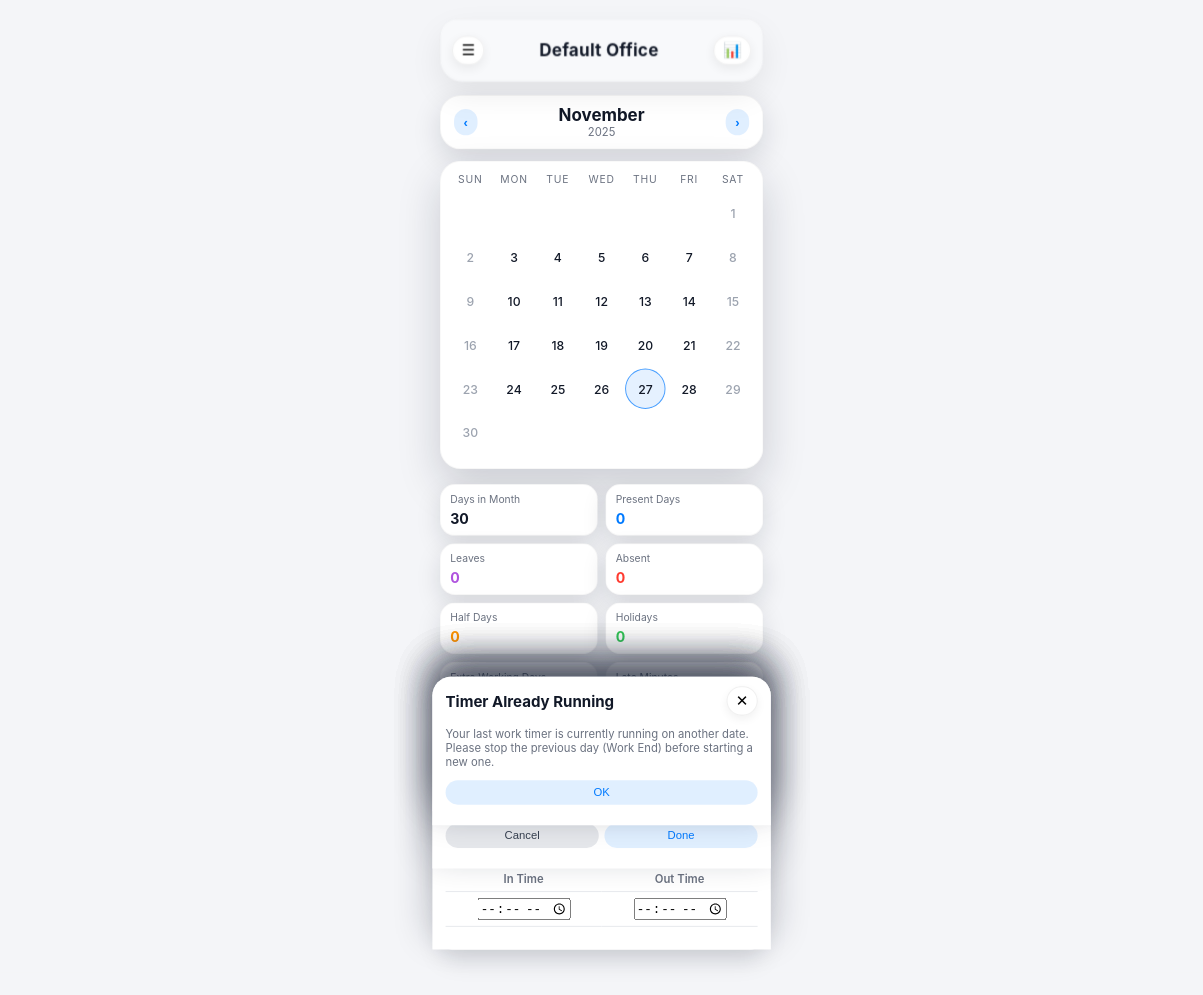
Repository: manjituidesigner/new-calendar
Page: index.html
The author's editor kept a copy of each file at every save. The page is drawn from the files as they stood at one save, then again after the next save.
The browser window is 1280 px wide. The pictures show the whole page, at 94% of full size.

Above is the page before, as saved 2025-11-28 11:23:18.

### index.html
<!DOCTYPE html>
<html lang="en">
  <head>
    <meta charset="UTF-8" />
    <meta
      name="viewport"
      content="width=device-width, initial-scale=1.0, maximum-scale=1.0"
    />
    <title>Mobile Work Calendar</title>
    <link rel="stylesheet" href="style.css" />
  </head>
  <body>
    <!-- Overlay for drawer and modal -->
    <div class="overlay" id="overlay"></div>

    <!-- Side Drawer -->
    <aside class="drawer" id="drawer">
      <header class="drawer-header">
        <h2>Menu</h2>
        <button class="icon-btn" id="drawerCloseBtn">✕</button>
      </header>

      <nav class="drawer-tabs">
        <button class="drawer-tab active" data-tab="office">Office</button>
        <button class="drawer-tab" data-tab="expenses">Expenses</button>
        <button class="drawer-tab" data-tab="notes">Notes</button>
        <button class="drawer-tab" data-tab="calculator">Calculator</button>
      </nav>

      <section class="drawer-content">
        <!-- Office tab -->
        <div class="drawer-panel active" id="officeTab">
          <h3 class="drawer-title">Calendars</h3>

          <div class="calendar-list" id="calendarList"></div>

          <button class="primary-btn full-width" id="createCalendarToggle">
            + Create New Calendar
          </button>

          <form class="calendar-form" id="calendarForm">
            <div class="field">
              <label>Calendar Name</label>
              <input
                type="text"
                id="calendarName"
                placeholder="e.g. Office Work"
              />
            </div>
            <div class="field">
              <label>Description</label>
              <textarea
                id="calendarDescription"
                rows="2"
                placeholder="Short description"
              ></textarea>
            </div>
            <div class="field-row">
              <div class="field">
                <label>Salary Monthly</label>
                <input
                  type="number"
                  id="salaryMonthly"
                  placeholder="₹ / month"
                  min="0"
                />
              </div>
              <div class="field">
                <label>Salary Hourly</label>
                <input
                  type="number"
                  id="salaryHourly"
                  placeholder="₹ / hour"
                  min="0"
                />
              </div>
            </div>
            <div class="field">
              <label>Working Days / Week</label>
              <select id="workingDaysPerWeek">
                <option value="5">5 days (Mon-Fri)</option>
                <option value="6" selected>6 days (Mon-Sat)</option>
              </select>
            </div>

            <div class="field-row">
              <div class="field">
                <label>Office In Time</label>
                <input
                  type="time"
                  id="officeInTime"
                />
              </div>
              <div class="field">
                <label>Office Out Time</label>
                <input
                  type="time"
                  id="officeOutTime"
                />
              </div>
            </div>
            <div class="field">
              <label>Set PIN (optional)</label>
              <input
                type="password"
                id="calendarPin"
                placeholder="4-6 digit PIN"
                maxlength="6"
              />
            </div>
            <button type="submit" class="primary-btn full-width">
              Add
            </button>
          </form>

          <div class="backup-row">
            <button class="small-btn" id="backupExportBtn">Download Backup</button>
            <button class="small-btn" id="backupImportBtn">Restore Backup</button>
            <input type="file" id="backupFileInput" accept="application/json" style="display: none" />
          </div>
        </div>

        <!-- Placeholder tabs -->
        <div class="drawer-panel" id="expensesTab">
          <p class="placeholder-text">
            Expenses module coming soon.
          </p>
        </div>
        <div class="drawer-panel" id="notesTab">
          <p class="placeholder-text">
            Notes module coming soon.
          </p>
        </div>
        <div class="drawer-panel" id="calculatorTab">
          <p class="placeholder-text">
            Calculator module coming soon.
          </p>
        </div>
      </section>
    </aside>

    <!-- Main App Container -->
    <div class="app-shell">
      <!-- Top header -->
      <header class="app-header">
        <button class="icon-btn" id="menuBtn">☰</button>
        <h1 class="app-title">Office Calendar</h1>
        <button class="icon-btn" id="reportBtn">📊</button>
      </header>

      <!-- Month header -->
      <section class="month-header">
        <button class="nav-arrow" id="prevMonthBtn">‹</button>
        <div class="month-info">
          <span class="month-label" id="monthLabel"></span>
          <span class="year-label" id="yearLabel"></span>
        </div>
        <button class="nav-arrow" id="nextMonthBtn">›</button>
      </section>

      <!-- Calendar -->
      <section class="calendar-card">
        <div class="weekdays">
          <span>Sun</span>
          <span>Mon</span>
          <span>Tue</span>
          <span>Wed</span>
          <span>Thu</span>
          <span>Fri</span>
          <span>Sat</span>
        </div>
        <div class="days-grid" id="daysGrid"></div>
      </section>

      <!-- Live session bar (under calendar) -->
      <div class="session-bar hidden" id="sessionBar">
        <div class="session-bar-main">
          <div class="session-bar-top">
            <span class="session-status" id="sessionStatus">Working</span>
            <span class="session-productivity" id="sessionProductivity">0% productive</span>
          </div>
          <div class="session-bar-times">
            <span id="sessionStartTime">Start: --:--</span>
            <span id="sessionWorked">Worked: 0h 0m</span>
            <span id="sessionBreak">Break: 0m</span>
          </div>
        </div>
        <div class="session-bar-actions">
          <button class="chip orange" id="sessionBreakBtn">Break</button>
          <button class="chip green" id="sessionBackBtn" style="display: none;">Back to work</button>
          <button class="chip red" id="sessionEndBtn">End</button>
        </div>
      </div>

      <!-- Stats cards -->
      <section class="stats-section">
        <div class="stat-card">
          <span class="stat-label">Days in Month</span>
          <span class="stat-value" id="statDaysInMonth">0</span>
        </div>
        <div class="stat-card">
          <span class="stat-label">Present Days</span>
          <span class="stat-value blue" id="statPresent">0</span>
        </div>
        <div class="stat-card">
          <span class="stat-label">Leaves</span>
          <span class="stat-value purple" id="statLeave">0</span>
        </div>
        <div class="stat-card">
          <span class="stat-label">Absent</span>
          <span class="stat-value red" id="statAbsent">0</span>
        </div>
        <div class="stat-card">
          <span class="stat-label">Half Days</span>
          <span class="stat-value orange" id="statHalfDay">0</span>
        </div>
        <div class="stat-card">
          <span class="stat-label">Holidays</span>
          <span class="stat-value green" id="statHoliday">0</span>
        </div>
        <div class="stat-card">
          <span class="stat-label">Extra Working Days</span>
          <span class="stat-value green" id="statExtraDays">0</span>
        </div>
        <div class="stat-card">
          <span class="stat-label">Late Minutes</span>
          <span class="stat-value red" id="statLate">0m</span>
        </div>
        <div class="stat-card">
          <span class="stat-label">Extra Minutes</span>
          <span class="stat-value green" id="statExtra">0m</span>
        </div>
        <div class="stat-card wide">
          <span class="stat-label">Working Hours</span>
          <span class="stat-value" id="statWorkingHours">0h 0m</span>
        </div>
        <div class="stat-card wide">
          <span class="stat-label">Today Worked</span>
          <span class="stat-value" id="statTodayWorkingHours">0h 0m</span>
        </div>
        <div class="stat-card wide">
          <span class="stat-label">Calculated Salary</span>
          <span class="stat-value" id="statSalary">₹0</span>
        </div>
      </section>
    </div>

    <!-- Date Modal -->
    <div class="modal" id="dateModal">
      <div class="modal-content">
        <header class="modal-header">
          <div>
            <div class="modal-title" id="modalDateLabel">Date</div>
            <div class="modal-subtitle" id="modalCalendarName"></div>
          </div>
          <button class="icon-btn" id="modalCloseBtn">✕</button>
        </header>

        <section class="modal-section">
          <div class="chip-row">
            <button class="chip secondary" data-action="workStart">
              Work Start
            </button>
            <button class="chip secondary" data-action="workEnd">
              Work End
            </button>
          </div>

          <div class="chip-row">
            <button class="chip primary" data-action="present">
              Present
            </button>
            <button class="chip red" data-action="absent">
              Absent
            </button>
          </div>

          <div class="chip-row">
            <button class="chip orange" data-action="halfDay">
              Half Day
            </button>
            <button class="chip green" data-action="holiday">
              Holiday
            </button>
          </div>

          <div class="chip-row">
            <button class="chip purple" data-action="leave">
              Leave
            </button>
          </div>
        </section>

        <section class="modal-section">
          <h4 class="section-title">Today’s Timing</h4>
          <table class="timing-table">
            <thead>
              <tr>
                <th>In Time</th>
                <th>Out Time</th>
              </tr>
            </thead>
            <tbody>
              <tr>
                <td>
                  <input type="time" id="inTimeCell" />
                </td>
                <td>
                  <input type="time" id="outTimeCell" />
                </td>
              </tr>
            </tbody>
          </table>
          <div style="text-align: center; margin-top: 8px;">
            <button
              id="saveTimeBtn"
              class="ios-save-btn full-width"
              style="display: none;"
            >
              Save Time
            </button>
          </div>
        </section>
      </div>
    </div>

    <!-- Break modal -->
    <div class="modal" id="breakModal">
      <div class="modal-content">
        <header class="modal-header">
          <div>
            <div class="modal-title">Break</div>
            <div class="modal-subtitle" id="breakModalCalendarName"></div>
          </div>
          <button class="icon-btn" id="breakModalCloseBtn">✕</button>
        </header>

        <section class="modal-section">
          <p class="placeholder-text">
            You are going on a break. When you return, tap “Back to work”
            in the bar to resume.
          </p>
          <div class="field">
            <label>Break reason (optional)</label>
            <textarea
              id="breakReasonInput"
              rows="2"
              placeholder="e.g. Lunch, Meeting, Personal"
            ></textarea>
          </div>
          <div class="chip-row">
            <button class="chip secondary" id="breakCancelBtn">Cancel</button>
            <button class="chip primary" id="breakDoneBtn">Done</button>
          </div>
        </section>
      </div>
    </div>

    <!-- PIN Modal -->
    <div class="modal center-modal" id="pinModal">
      <div class="modal-content">
        <header class="modal-header">
            <div class="modal-title">Unlock Calendar</div>
            <div class="modal-subtitle" id="pinCalendarName"></div>
          </div>
          <button class="icon-btn" id="pinModalCloseBtn">✕</button>
        </header>

        <section class="modal-section">
          <div class="field">
            <label>Enter PIN</label>
            <input
              type="password"
              id="pinInput"
              maxlength="6"
              inputmode="numeric"
            />
          </div>
          <div class="chip-row">
            <button class="chip primary" id="pinUnlockBtn">Unlock</button>
            <button class="chip secondary" id="pinCancelBtn">Cancel</button>
          </div>
        </section>
      </div>
    </div>

    <!-- Delete Calendar Modal -->
    <div class="modal" id="deleteModal">
      <div class="modal-content">
        <header class="modal-header">
          <div>
            <div class="modal-title">Delete Calendar</div>
            <div class="modal-subtitle" id="deleteCalendarName"></div>
          </div>
          <button class="icon-btn" id="deleteModalCloseBtn">✕</button>
        </header>

        <section class="modal-section">
          <p class="placeholder-text" id="deleteWarningText">
            Are you sure you want to delete this calendar? This action cannot be undone.
          </p>
          <div class="chip-row">
            <button class="chip secondary" id="deleteCancelBtn">Cancel</button>
            <button class="chip red " id="deleteConfirmBtn">Delete</button>
          </div>
        </section>
      </div>
    </div>

    <!-- Running timer warning modal -->
    <div class="modal" id="runningModal">
      <div class="modal-content">
        <header class="modal-header">
          <div>
            <div class="modal-title">Timer Already Running</div>
            <div class="modal-subtitle" id="runningModalCalendarName"></div>
          </div>
          <button class="icon-btn" id="runningModalCloseBtn">✕</button>
        </header>

        <section class="modal-section">
          <p class="placeholder-text">
            Your last work timer is currently running on another date.
            Please stop the previous day (Work End) before starting a new one.
          </p>
          <div class="chip-row">
            <button class="chip primary" id="runningOkBtn">OK</button>
          </div>
        </section>
      </div>
    </div>

    <script src="script.js"></script>
  </body>
</html>

Loaded but not shown: script.js (1415 lines, source omitted); style.css (846 lines, source omitted)

After the next save:
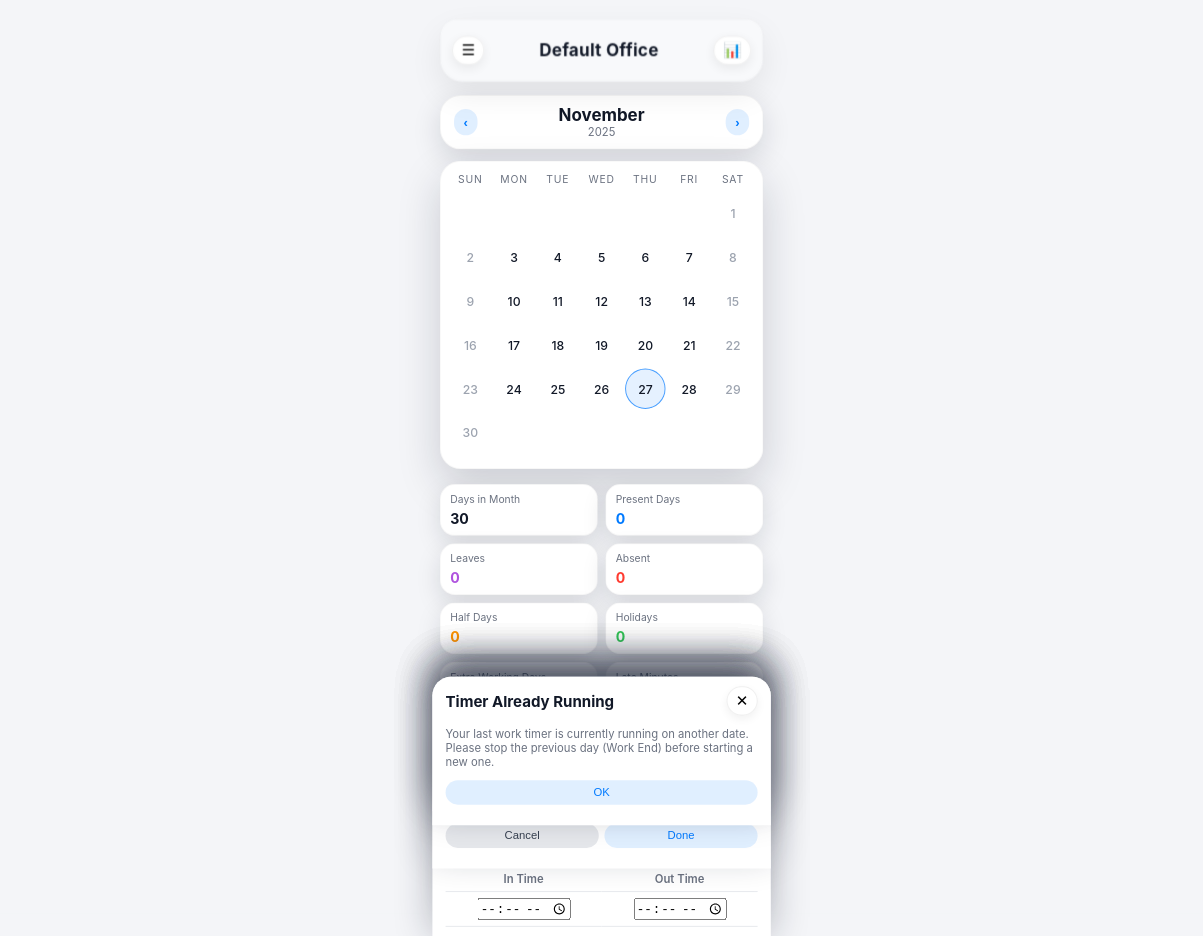
Saved 3 min 38 s later.
--- a/index.html
+++ b/index.html
@@ -233,10 +233,6 @@
         <div class="stat-card wide">
           <span class="stat-label">Working Hours</span>
           <span class="stat-value" id="statWorkingHours">0h 0m</span>
-        </div>
-        <div class="stat-card wide">
-          <span class="stat-label">Today Worked</span>
-          <span class="stat-value" id="statTodayWorkingHours">0h 0m</span>
         </div>
         <div class="stat-card wide">
           <span class="stat-label">Calculated Salary</span>
